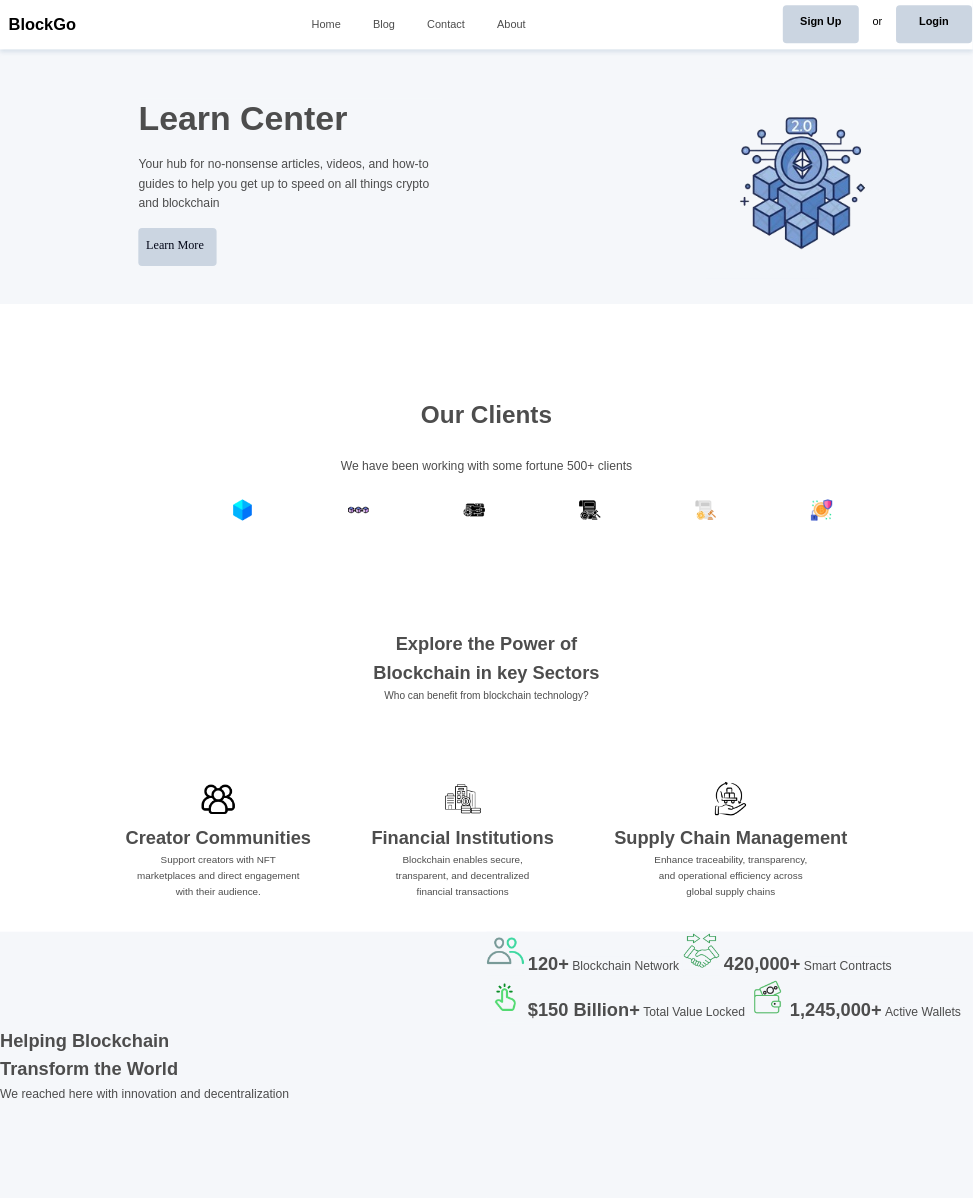
Repository: Tafsirul555/Assignment
Page: Assignment1.html
An editor plug-in stored every save of this project. The page is shown before and after a run of saves, followed by the edit.
The browser window is 1280 px wide. The pictures show the whole page, at 76% of full size.

Above is the page before, as saved 2025-06-09 02:05:20.

### Assignment1.html
<!DOCTYPE html>
<html lang="en">
<head>
    <meta charset="UTF-8">
    <meta name="viewport" content="width=device-width, initial-scale=1.0">
    <link rel="stylesheet" href="Assignment1.css">
    <title>Document</title>
</head>
<body>
    <nav class="navbar">

        <div class="logo">
            <h1>BlockGo</h1>
        </div>

        <div class="nav-link">

                    <a href="#">Home</a>
                    <a href="#">Blog</a>
                    <a href="#">Contact</a>
                    <a href="#">About</a>
        </div>
        <div class="Data">
            <a href="#" class="SignUp">Sign Up</a>
            <p>&nbsp;or&nbsp;</p>
            <a href="#" class="Login">Login</a>
        </div>
    </nav>

    <header class="Headerbar">

        <div class="Header-banner">
            <h1>Learn Center</h1>
            <p>Your hub for no-nonsense articles, videos, and how-to guides to help you get up to speed on all things crypto and blockchain</p>

            <a href="#" class="headerbutton">Learn More</a>
        </div>
         <div class="bannerpic">
            <img src="/Pic/blockchain-20-8079799-6591924-removebg-preview.png" alt="Blockchain">
        </div>
    </header>

    <main class="mainbar">
        <div class="main-text">
        <h1>Our Clients</h1>
        <p>We have been working with some fortune 500+ clients</p>
        </div>

        <div class="main-pic">
            <img src="/Pic/icon/block.png" alt="block.png">
            <img src="/Pic/icon/blockchain.png" alt="blockchain.png">
            <img src="/Pic/icon/crypto-wallet.png" alt="crypto-wallet.png">
            <img src="/Pic/icon/currency-exchange (1).png" alt="currency-exchange (1).png">
            <img src="/Pic/icon/currency-exchange.png" alt="currency-exchange.png">
            <img src="/Pic/icon/secure.png" alt="secure.png">
        </div>
    </main>

    <section class="sectionbar">
        <div class="section-text">
        <h1>Explore the Power of <br>Blockchain in key Sectors</h1>

<p>Who can benefit from blockchain technology?</p>
</div>
    </section>

    <article class="articlebar">

        <div class="article-cc">
            <img src="/Pic/icon/group (1).png" alt="group.png">
            <h1>Creator Communities</h1>
            <p>Support creators with NFT<br>marketplaces and direct engagement<br>with their audience.</p>
            </div>

       <div class="article-fi">
        <img src="/Pic/icon/corporation.png" alt="corporation.png">
       <h1>Financial Institutions</h1>
       <p>Blockchain enables secure,<br>transparent, and decentralized<br>financial transactions</p>
        </div>

        <div class="article-scm">
            <img src="/Pic/icon/procurement.png" alt="procurement.png">
            <h1>Supply Chain Management</h1>
            <p>Enhance traceability, transparency,<br>and operational efficiency across<br>global supply chains</p>
        </div>
    </article>

    <figure class="figurebar">

        <div class="figure-text">
            <h2>Helping Blockchain<br>Transform the World</h2>
            <p>We reached here with innovation and decentralization</p>
        </div>

        <div class="figure-box">

        <div class="figure-bn">
            <div class="figure-bn-img">
            <img src="/Pic/icon/group.png" alt="">
            </div>
            <h2>120+</h2>
            <p>Blockchain Network</p>
        </div>

        <div class="figure-sc">
            <div class="figure-sc-img">
            <img src="/Pic/icon/mutual.png" alt="">
            </div>
            <h2>420,000+</h2>
            <p>Smart Contracts</p>
        </div>

        <div class="figure-tvl">
            <div class="figure-tvl-img">
            <img src="/Pic/icon/tap.png" alt="">
            </div>
            <h2>$150 Billion+</h2>
            <p>Total Value Locked</p>
        </div>

        <div class="figure-aw">
            <div class="figure-aw-img">
            <img src="/Pic/icon/wallet.png" alt="">
            </div>
            <h2>1,245,000+</h2>
            <p>Active Wallets</p>
        </div>
        </div>

    </figure>

</body>
</html>

### Assignment1.css
*{
    margin: 0;
    padding: 0;
    box-sizing: border-box;
    text-decoration: none;
    background: rgba(255, 255, 255, 1);

}

body{
    font-family: Arial, Helvetica, sans-serif;
    line-height: 1.6;
    height: 100%;
}

.navbar{
    width: 100%;
    height: 9vh;
    /* left: -127px;
    padding: 11.14px, 100.23px, 11.14px, 100.23px;
    gap: 43.85px; */
    color: #f5f5ff 0%;
    box-shadow: 0px 2.78px 5.57px 0px rgba(171, 190, 209, 0.4);
    position: fixed;
    display: flex;
    justify-content: center;
    align-items: center;
}

/* .nav-link{
    width: 254.1160888671875px;
    height: 17px;
    gap: 16.71px;
    display: flex;
    justify-content: center;
} */

.navbar div,
.navbar a,
.navbar h1,
.navbar p{
    display: inline-block;
}

.navbar .nav-link a{
    color: rgba(77, 77, 77, 1);
}


.navbar div,
.navbar a,
.navbar p{
    font-size: 2vh;
}

.navbar .logo,
.navbar .nav-link{
    margin-right: 290px;
}

.navbar .logo,
.navbar .nav-link,
.navbar .data,
.navbar p{
    padding: 10px;
    text-align: center;
}

.navbar .nav-link a{
    padding-right: 3vw;
}

.SignUp,
.Login{
    background-color: rgba(203, 213, 225, 1);
    width: 100px;
    height: 50px;
    padding: 10px;
    border-radius: 5px;
    text-align: center;
    font-weight: bold;
    color: black;
}

.Headerbar{
    width: 100%;
    height: 400px;
    background-color: rgba(245, 247, 250, 1);
    display: flex;
    justify-content: center;
    align-items: center;
    padding: 20px;
    gap: 27vw;
    flex-wrap: wrap;
}

.Header-banner{
    display: flex;
    flex-direction: column;
    align-content: center;
    max-width: 400px;
}

.bannerpic{
    width: 150px;
    height: auto;
    object-fit: contain;
    margin-top: 70px;
    margin-right: 20px;
}

.Headerbar p,
.Headerbar h1,
.Headerbar a,
.Headerbar img,
.Header-banner,
.bannerpic{
    background-color: rgba(245, 247, 250, 1);
}

.Headerbar h1{
    margin-top: 80px;
}

.Headerbar p,
.Headerbar h1,
.Headerbar a{
    padding-bottom: 20px;
}

.Header-banner h1{
    font:message-box;
    font-weight:bold;
    font-size: 44.55px;
    line-height: 52.9px;
    letter-spacing: 0%;
    color: rgba(77, 77, 77, 1);
}

.Header-banner p{
    max-width: 100%;
    word-wrap: break-word;
    color: rgba(77, 77, 77, 1);
}

.Header-banner .headerbutton{
    background-color: rgba(203, 213, 225, 1);
    width: 103px;
    height: 50px;
    padding: 10px;
    border-radius: 5px;
}

.Header-banner a{
    color: rgba(2, 6, 23, 1);
    font-family:'Times New Roman', Times, serif;
}

@media (max-width: 550px) {
  .Headerbar {
    flex-direction: column;       /* column করে দিলাম mobile এ */
    justify-content: flex-start;  /* উপর থেকে শুরু হবে */
    align-items: center;
    height: auto;                 /* height auto করে দাও যাতে overflow না হয় */
  }

  .Header-banner{
    align-items: center;
    text-align: center;
    order: 1;
  }

  .bannerpic {
    width: 200px;
    margin-bottom: 20px;

  }
}

.mainbar{
    width: 100%;
    height: 500px;
    display: flex;
    text-align: center;
    flex-direction: column;
}

.mainbar img{
    display: inline-block;
    width: 27.8427791595459px;
    height: auto;
    /* top: 6.85px;
    left: 2.78px; */
    margin-left: 120px;

}

.mainbar h1{
    margin-top: 120px;
    color: rgba(77, 77, 77, 1);
}

.mainbar p{
    color: rgba(77, 77, 77, 1);
}

.mainbar p,
.mainbar img{
    margin-top: 30px;
}

@media (max-width: 550px) {
  .mainbar {
    flex-direction: column;       /* column করে দিলাম mobile এ */
    justify-content: flex-start;  /* উপর থেকে শুরু হবে
    align-items: center; */
    height: auto;                 /* height auto করে দাও যাতে overflow না হয় */
  }

  .main-pic {
    display: inline-block;
    width: 400px;

  }
}

section{
    margin-top: -72px;
}

section h1,
section p{
    text-align: center;
    max-width: 100%;
    word-wrap: break-word;
    color: rgba(77, 77, 77, 1);
}

section p{
    font-size: smaller;
}

@media (max-width: 550px) {
  .sectionbar {
    text-align: center;
    height: auto;
    margin-top: 50px;

  }
}


.articlebar{
    width: 100%;
    height: 200px;
    display: flex;
    justify-content: space-between;
    align-items: center;
    text-align: center;
    flex-wrap: wrap;
    display: inline-block;
    margin-top: 100px;
    color: rgba(77, 77, 77, 1);
}

article img{
    width: 50px;
    height: auto;
}

.articlebar p{
    font-size: small;
}

.articlebar .article-cc,
.articlebar .article-fi,
.articlebar .article-scm{
    display: inline-block;

}

.articlebar .article-fi{
    margin-left: 75px;
    margin-right: 75px;
}

.figurebar{
    width: 100%;
    height: 350px;
    color: rgba(77, 77, 77, 1);
    background-color: rgba(245, 247, 250, 1);
    display: inline-block;
    display: flex;
    justify-content: space-between;
    flex-wrap: wrap;
}

.figurebar .figure-text,
.figurebar .figure-bn,
.figurebar .figure-sc,
.figurebar .figure-tvl,
.figurebar .figure-aw,
.figurebar .figure-box,
.figurebar div,
.figurebar h2,
.figurebar p,
.figurebar img{
    background-color: rgba(245, 247, 250, 1);
}

.figurebar .figure-text,
.figurebar .figure-box {
    width: 50%;
}



.figurebar .figure-box img {
    width: 50px;
}

.figure-box .figure-bn-img,
.figure-box .figure-bn,
.figure-bn h2,
.figure-bn p{
    display: inline-block;
}
.figure-box .figure-aw-img,
.figure-box .figure-aw,
.figure-aw h2,
.figure-aw p{
    display: inline-block;
}
.figure-box .figure-sc-img,
.figure-box .figure-sc,
.figure-sc h2,
.figure-sc p{
    display: inline-block;
}
.figure-box .figure-tvl-img,
.figure-box .figure-tvl,
.figure-tvl h2,
.figure-tvl p{
    display: inline-block;

}

.figure-box .figure-aw h2,
{
    display: flex;
    justify-content: space-between;
    align-items: center;
}


.figurebar .figure-text{
    display: inline-block;
    background-color: rgba(245, 247, 250, 1);
}

.figurebar .figure-text,
.figurebar .figure-bn,
.figurebar .figure-sc,
.figurebar .figure-tvl,
.figurebar .figure-aw{
    display: flex;
    display: inline-block;
    align-content: center ;
}

/* .figurebar{

    ;
    margin-top: 100px;


    padding: 40px;
    border-radius: 10px;
    flex-wrap: wrap;
}

{
    background-color: rgba(245, 247, 250, 1);
}

.figurebar .figure-text{
    min-width: 250px;
}

.figurebar .figure-text h2{
    font-size: 28px;
    margin-bottom: 10px;
}

.figurebar .figure-text p{
    font-size: 16px;
}

.figurebar .figure-box
{
    /* display: grid;
    grid-template-columns: repeat(2,1fr);
    gap: 30px;
    min-width: 250px;
    background-color: rgba(245, 247, 250, 1);
    display: flex;
    justify-content: flex-end;
    margin-bottom: 20px;
} */

/* .figurebar .figure-bn,
.figurebar .figure-sc,
.figurebar .figure-tvl,
.figurebar .figure-aw{
    display: inline-block;
    padding: 15px;
    width: 300px;
} */


/* .figurebar .figure-bn h2,
.figurebar .figure-sc h2,
.figurebar .figure-tvl h2,
.figurebar .figure-aw h2{
    margin: 0;
} */


/* .figurebar .figure-bn p,
.figurebar .figure-sc p,
.figurebar .figure-tvl p,
.figurebar .figure-aw p{
    margin: 0;
} */ */

After the next 2 saves:
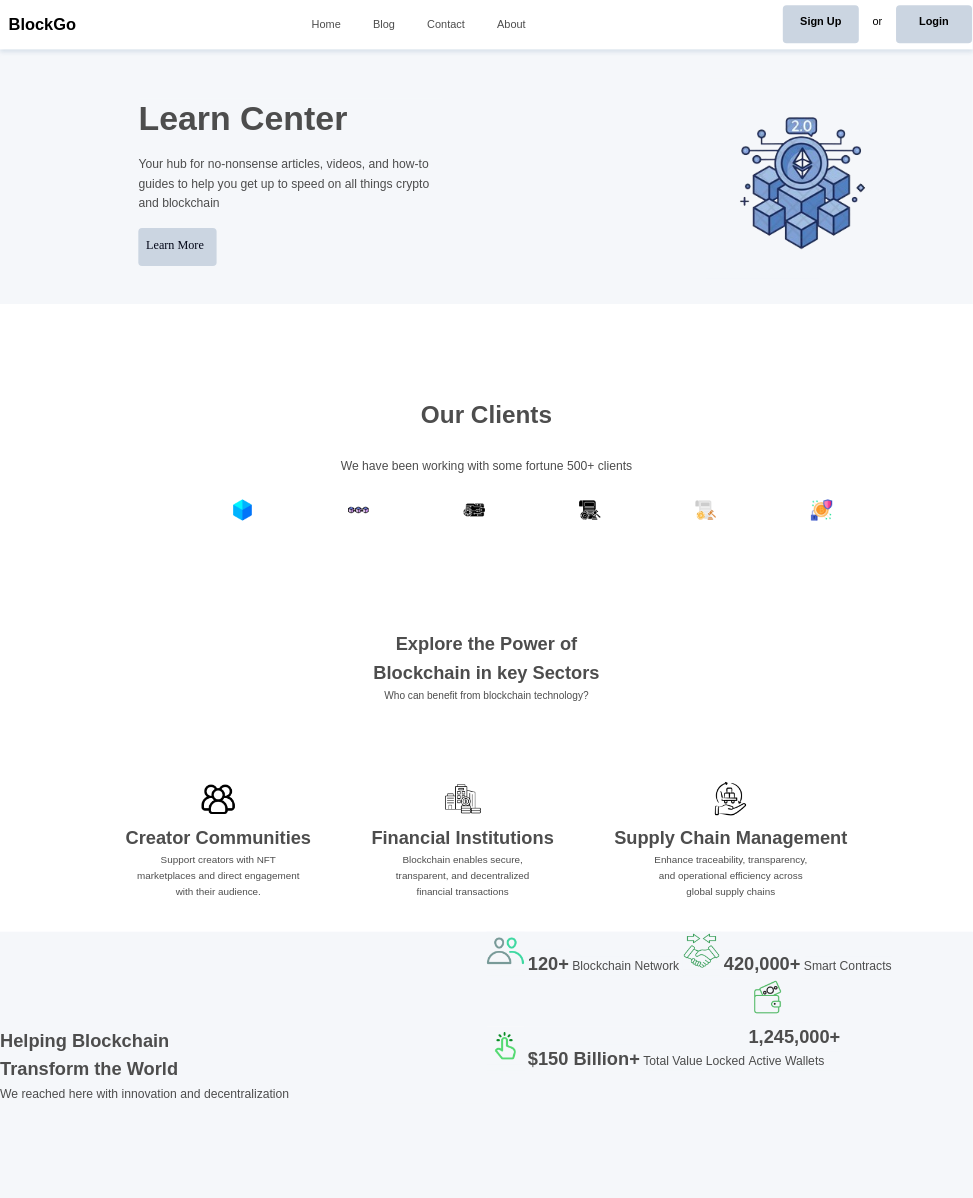
The 2 saves are shown as one change because they came seconds apart.
The last was saved 10 s later.
--- a/Assignment1.css
+++ b/Assignment1.css
@@ -346,7 +346,7 @@ article img{
 }
 
 .figure-box .figure-aw h2,
-{
+.figure-box .figure-aw p{
     display: flex;
     justify-content: space-between;
     align-items: center;
